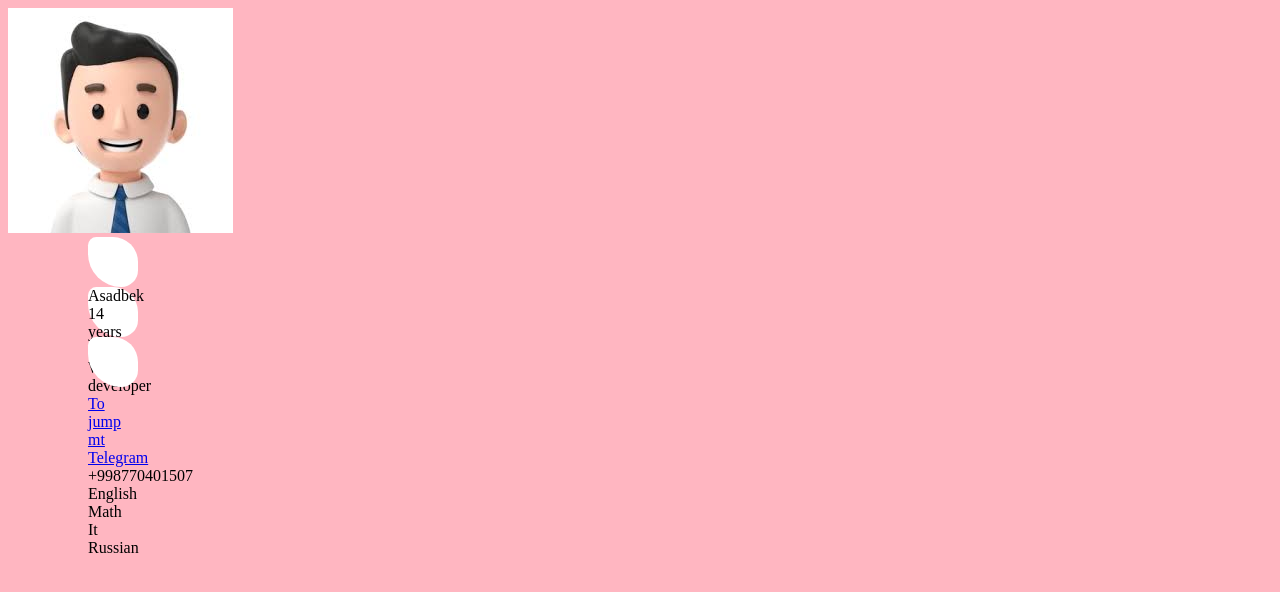
Repository: KHANas02/live-stream
Page: contact.html
The author's editor kept a copy of each file at every save. The page is drawn from the files as they stood at one save, then again after the next save.
The browser window is 1280 px wide. The pictures show the whole page.

Above is the page before, as saved 2024-03-25 07:19:47.

### contact.html
<!DOCTYPE html>
<html lang="en">
<head>
    <meta charset="UTF-8">
    <meta name="viewport" content="width=device-width, initial-scale=1.0">
    <title>Contact with us</title>
    <link rel="stylesheet" href="./index.html">
</head>
<style>
    body{
        background-color: lightpink;
    }
    .text{
        background-image:url(data:[embedded picture, 5823 characters]);
       border-top-left-radius:20px;
       border-top-right-radius:60px;
       border-bottom-left-radius:80px;
       border-bottom-right-radius:40px;
       background-repeat:no-repeat;
       width: 50px;
       height: 50px;
       position: relative;
        left: 80px;
    }

    </style>
<body>
    <div class="container">
  <div class="contact-card">
    <div class="avatar"><img src="data:[embedded picture, 5823 characters]" alt=""></div>
    <div class="text"></div>
  </div>
  <div class="text">Asadbek <br>
14 years old <br>
Web developer <br>
<a href=" https://t.me/wzb_02">To jump mt Telegram</a> <br>
+998770401507 <br>
English <br>
Math <br>
It <br>
Russian <br>

    </div>


</div>
  <div class="contact-card">
    <div class="avatar"></div>
    <div class="text"></div>
  </div>
  <div id="magnifying-glass">
    <div id="glass"></div>
    <div id="handle">
       </div>
</body>
</html>

### index.html
<!DOCTYPE html>
<html lang="en">
  <head>
    <meta charset="UTF-8" />
    <head name="viewport" content="width=device-width, initial-scale=1.0">
      <title>Englify Live_stream</title>
      <link rel="stylesheet" href="./style.css" />
    </head>
    <style>
      .div1Img {
        font-size: 70px;
        font-family: serif;
        font-weight: 100;
        color: rgb(255, 0, 157);
        position: relative;
        left: 25px;
        top: 70px;
      }
      .div2 {
        font-size: 70px;
        font-family: serif;
        font-weight: 100;
        color: rgb(255, 0, 157);
        position: relative;
        left: 25px;
        top: 70px;
      }
      .div3 {
        font-size: 70px;
        font-family: serif;
        font-weight: 100;
        color: rgb(255, 0, 157);
        position: relative;
        left: 25px;
        top: 450px;
      }
    </style>
    <html>
      <body>
        <div class="div1">
          <div class="div1Img">JOIN TO OUR LIVE STREAM</div>
        </div>
        <div class="div2">
          Todat at 21:00 <br />
          Only with coffee
        </div>
        <div class="div3">
          Our on the telegram
          <br />
          @englify_asp <br />
          And join to us
        </div>
        <div class="hamburger-menu">
          <input id="menu__toggle" type="checkbox" />
          <label class="menu__btn" for="menu__toggle">
            <span></span>
          </label>

          <ul class="menu__box">
            <li><a class="menu__item" href="index.html">Главная</a></li>
            <li>
              <a class="menu__item" href="speaking.html"
                >Speaking полезная функция</a
              >
            </li>
            <li><a class="menu__item" href="group.html">участники прямой трансляции</a></li>
            <li><a class="menu__item" href="#">Блог</a></li>
            <li><a class="menu__item" href="contact.html">Контакты</a></li>
          </ul>
        </div>
      </body>
    </html>
  </head>
</html>

After the next save:
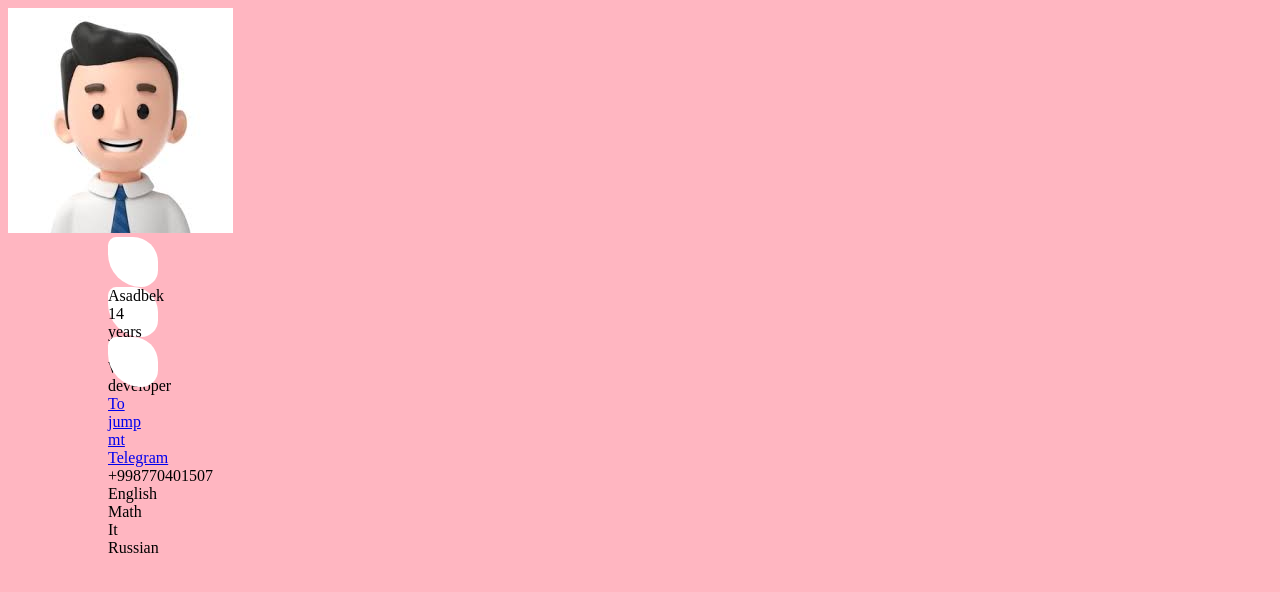
Saved 5 s later.
--- a/contact.html
+++ b/contact.html
@@ -20,7 +20,7 @@
        width: 50px;
        height: 50px;
        position: relative;
-        left: 80px;
+        left: 100px;
     }
 
     </style>
